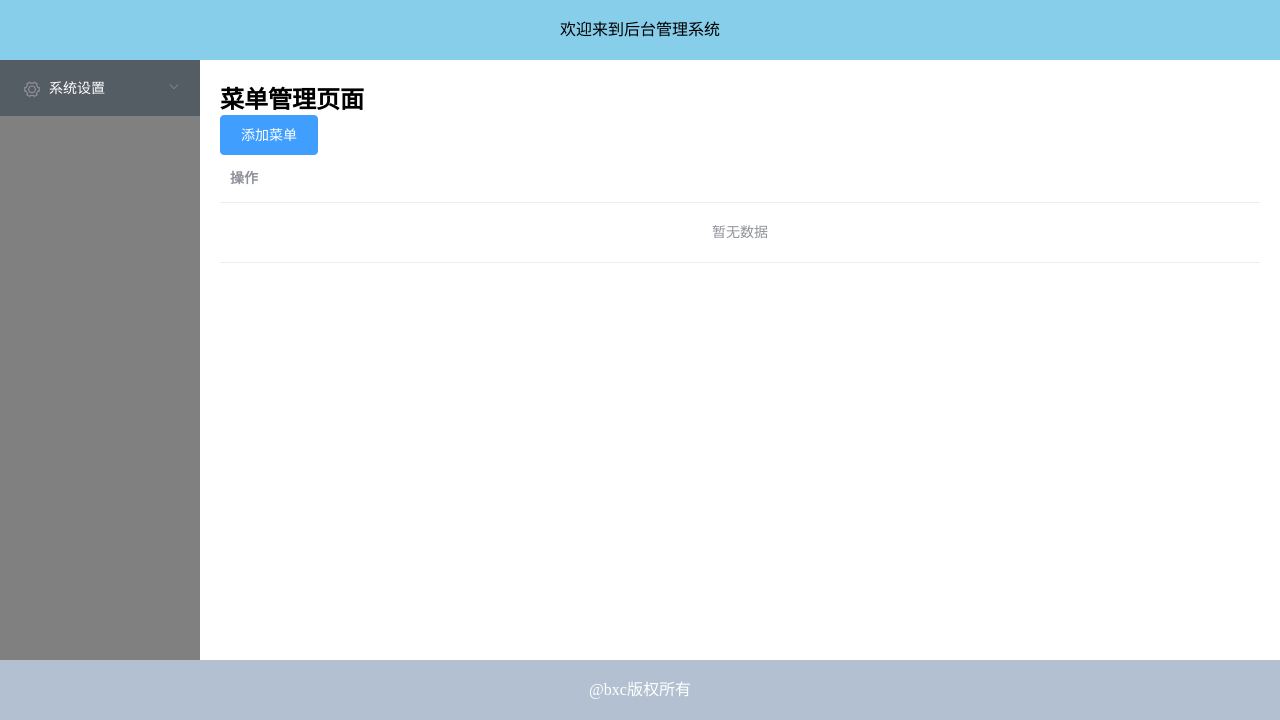
Repository: KingBai-No1/project2
Page: /#/menu
An editor plug-in stored every save of this project. The page is shown before and after the next save, followed by the edit.
The browser window is 1280 px wide. The pictures show the whole page.
The page's requests for data from a server got no answer. The project was rebuilt for these pictures with package versions that can differ from the ones it lists, and the page was loaded fresh each time. No one was signed in, and anything a server would have sent is missing.

Above is the page before, as saved 2021-01-14 22:37:17.

After the next save:
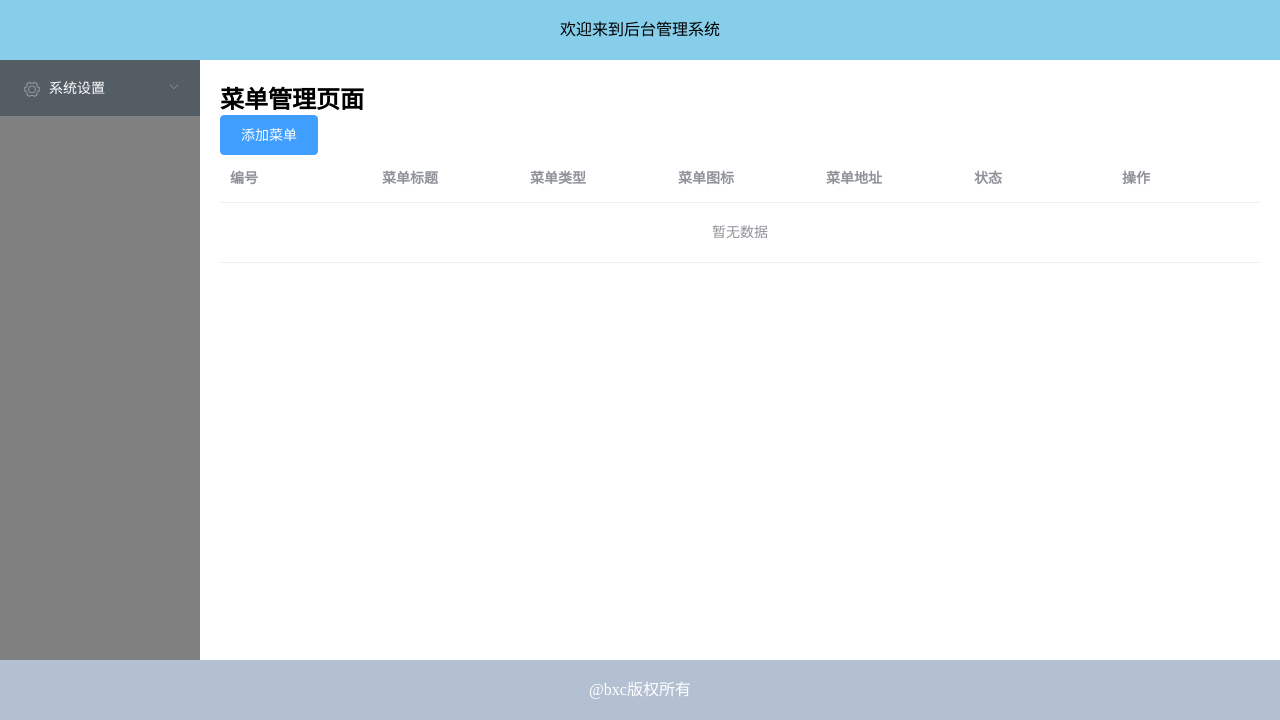
Saved 10 s later.
--- a/src/components/Menu/index.vue
+++ b/src/components/Menu/index.vue
@@ -20,7 +20,7 @@
                     <el-tag v-else>禁用</el-tag>
                 </template>
             </el-table-column>
-            <el-table-column label="操作" slot-scope="item">
+            <el-table-column label="操作">
                 <el-button type="primary" size="mini">编辑</el-button>
                 <el-button type="danger" size="mini" @click="del">删除</el-button>
             </el-table-column>
